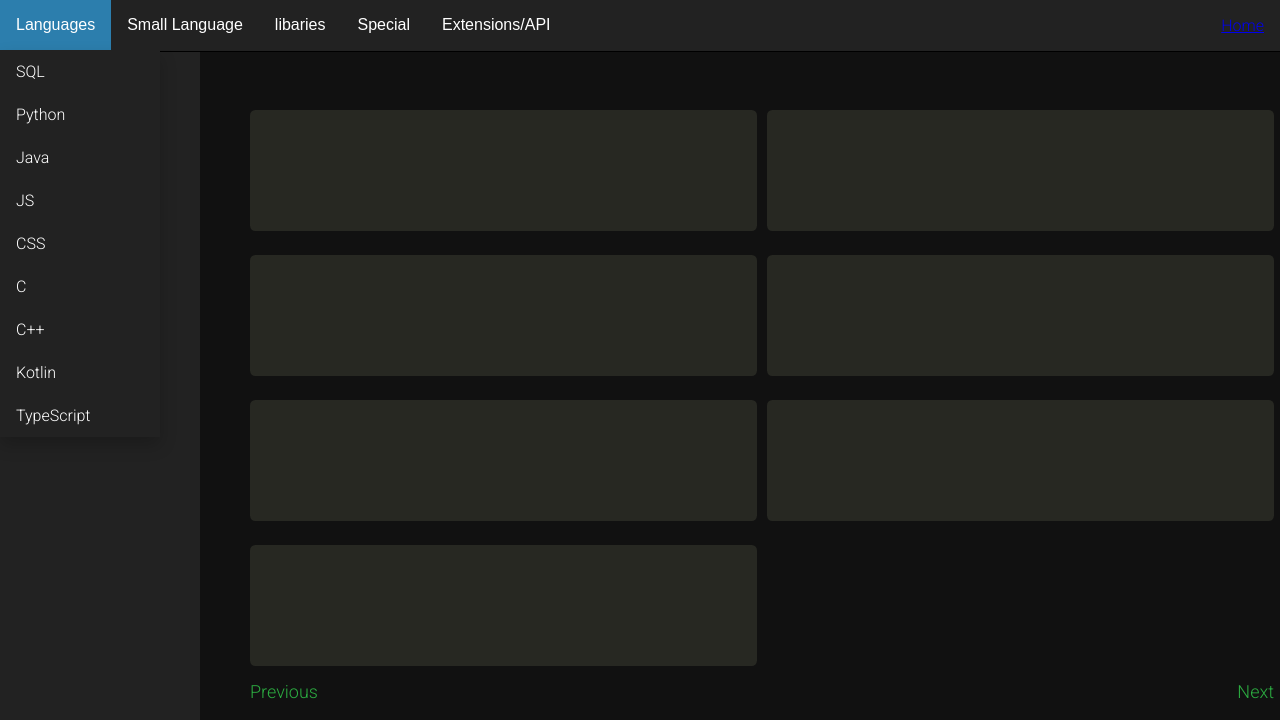
Repository: Max-Rohrhirsch/Max-Rohrhirsch.github.io
Page: documentation/languages/kotlin.html
An editor plug-in stored every save of this project. The page is shown before and after the next save, followed by the edit.
The browser window is 1280 px wide. The pictures show the whole page.

Above is the page before, as saved 2023-10-23 19:00:48.

After the next save:
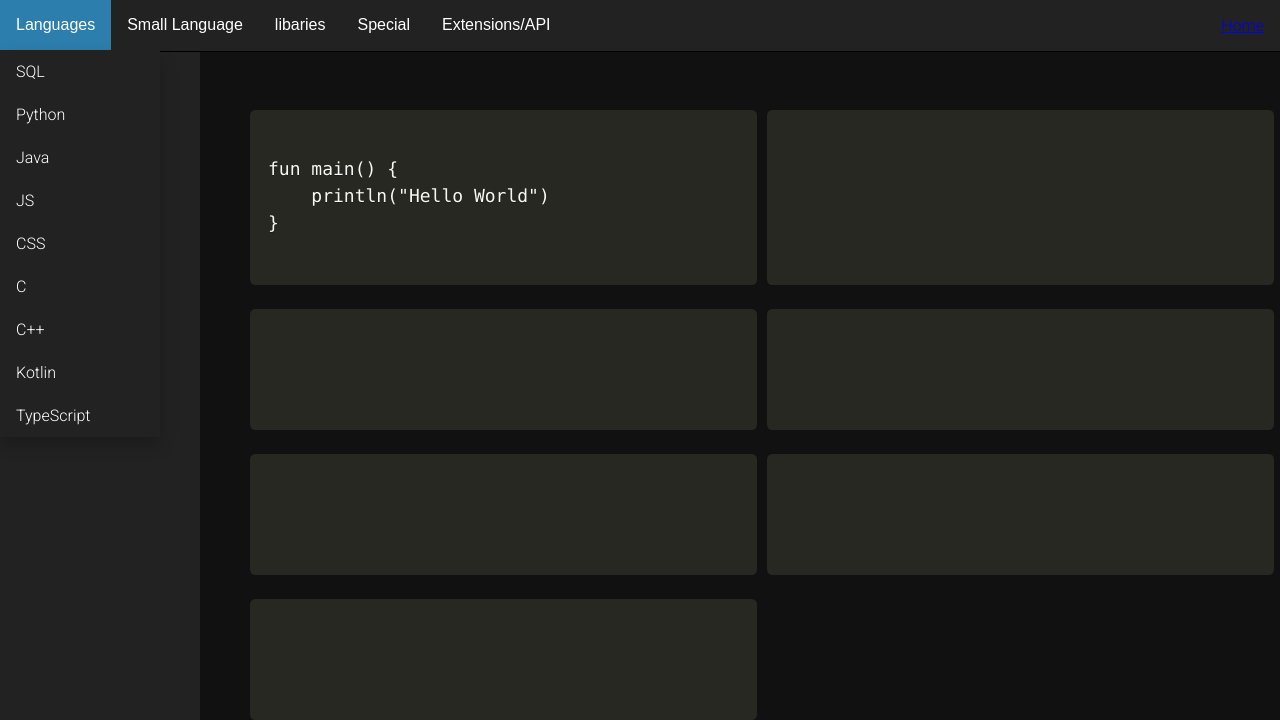
Saved 19 min 45 s later.
--- a/documentation/languages/kotlin.html
+++ b/documentation/languages/kotlin.html
@@ -12,7 +12,9 @@
 <div class="wrapper">
 <pre>
     <code class="language-kotlin">
-
+fun main() {
+    println("Hello World")
+}
     </code>
 </pre>
 <pre>
